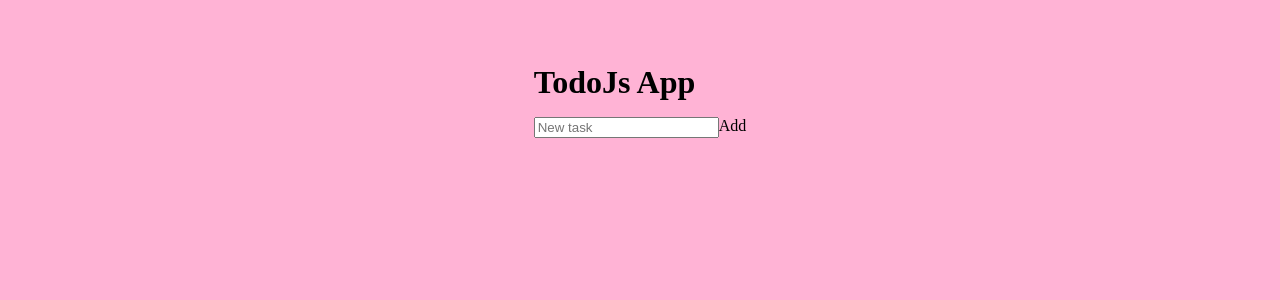
Repository: AlexandraYuhno/todo
Page: index.html
The author's editor kept a copy of each file at every save. The page is drawn from the files as they stood at one save, then again after the next save.
The browser window is 1280 px wide. The pictures show the whole page.

Above is the page before, as saved 2024-06-17 10:08:33.

After the next save:
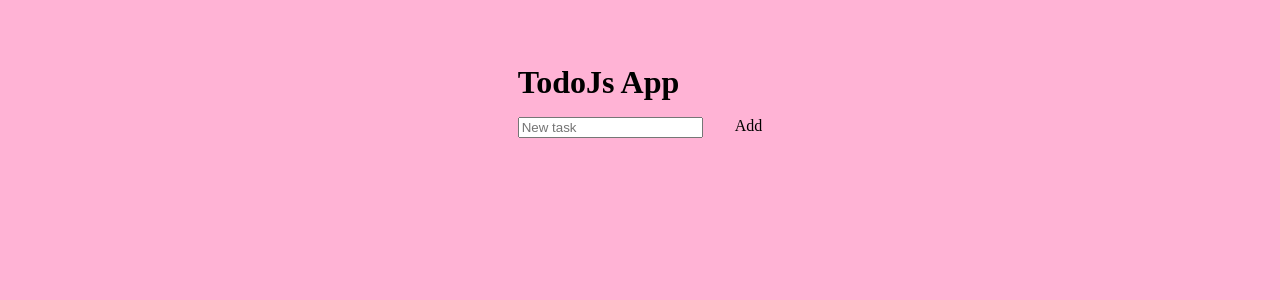
Saved 47 s later.
--- a/style.css
+++ b/style.css
@@ -20,5 +20,5 @@
 }
 
 .todo__add{
-    padding: 32;
+    margin-left: 32px;
 }
